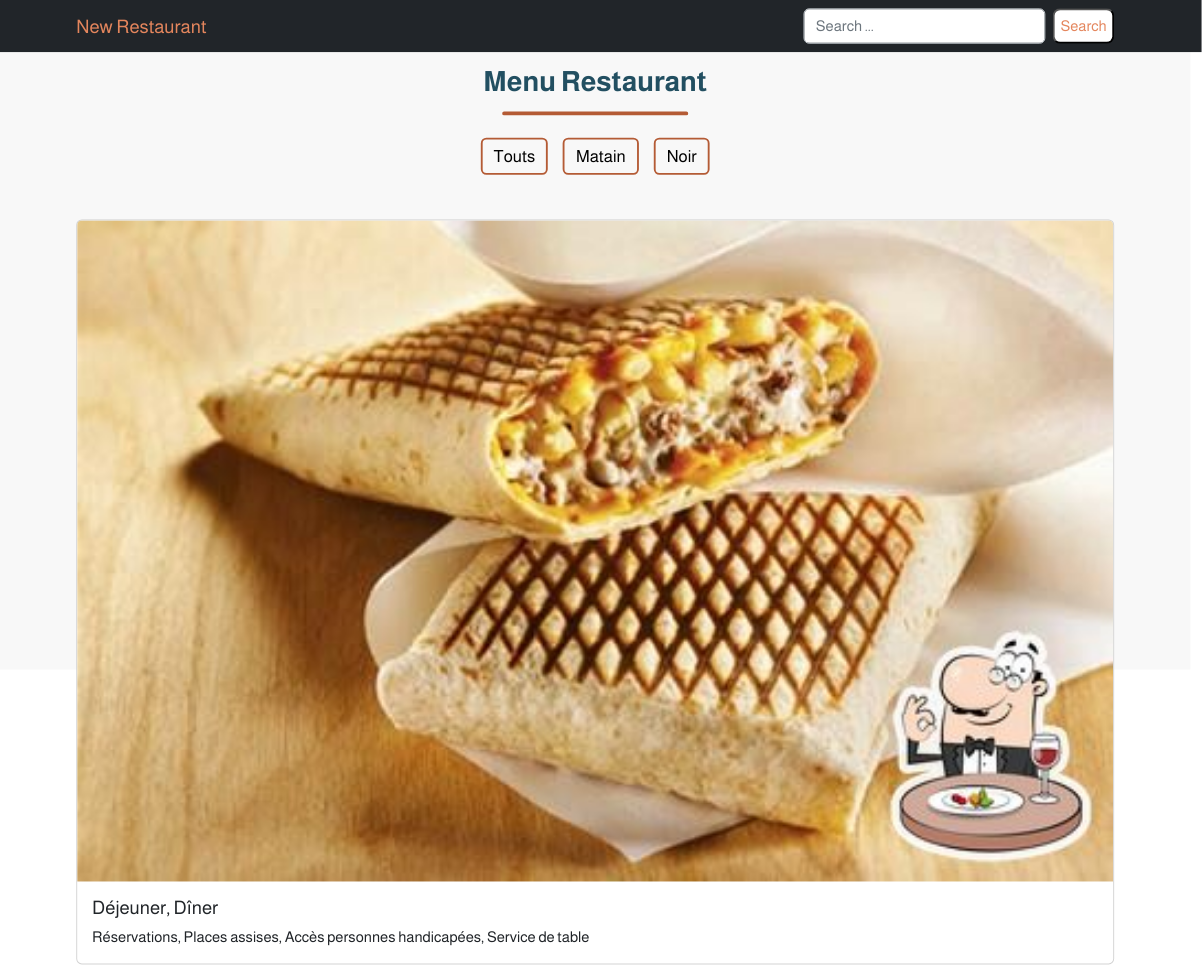
Repository: SD-Mdouka/react-table
Page: /
These files come from the project's save history. The page is drawn as it stood at one moment and after the next save; the edit follows.
The browser window is 1280 px wide. The page is 1292 px wide, so the pictures cover 1292 px, including what lies to the right of the window. The pictures show the whole page, at 93% of full size.
The project was rebuilt for these pictures with package versions that can differ from the ones it lists, and the page was loaded fresh each time.

Above is the page before, as saved 2022-10-06 17:20:38.

### public/index.html
<!DOCTYPE html>
<html lang="en">

<head>
    <meta charset="utf-8" />
    <link rel="icon" href="%PUBLIC_URL%/favicon.ico" />
    <meta name="viewport" content="width=device-width, initial-scale=1" />
    <meta name="theme-color" content="#000000" />
    <meta name="description" content="Web site created using create-react-app" />
    <link rel="apple-touch-icon" href="%PUBLIC_URL%/logo192.png" />
    <!--
      manifest.json provides metadata used when your web app is installed on a
      user's mobile device or desktop. See https://developers.google.com/web/fundamentals/web-app-manifest/
    -->
    <link rel="manifest" href="%PUBLIC_URL%/manifest.json" />
    <link rel="preconnect" href="https://fonts.googleapis.com" />
    <link rel="preconnect" href="https://fonts.gstatic.com" crossorigin />
    <link href="https://fonts.googleapis.com/css2?family=Almarai:wght@300;400;700;800&family=Cairo:wght@300&display=swap" rel="stylesheet" />

    <link rel="stylesheet" href="https://cdn.jsdelivr.net/npm/bootstrap@5.2.0-beta1/dist/css/bootstrap.min.css" integrity="sha384-0evHe/X+R7YkIZDRvuzKMRqM+OrBnVFBL6DOitfPri4tjfHxaWutUpFmBp4vmVor" crossorigin="anonymous" />
    <title>React App</title>
</head>

<body>
    <noscript>You need to enable JavaScript to run this app.</noscript>
    <div id="root"></div>
    <!--
      This HTML file is a template.
      If you open it directly in the browser, you will see an empty page.

      You can add webfonts, meta tags, or analytics to this file.
      The build step will place the bundled scripts into the <body> tag.

      To begin the development, run `npm start` or `yarn start`.
      To create a production bundle, use `npm run build` or `yarn build`.
    -->
</body>

</html>

### src/App.tsx
import React from "react";
import { Container } from "react-bootstrap";
import "./App.css";
import NavBar from "./components/Navbar";
import Header from "./components/Header";
import Category from "./components/Category";
import ItemsList from "./components/ItemsList";

const App = () => {
  return (
    <div className="color-body font">
      <NavBar />
      <Container>
        <Header />
        <Category />
        <ItemsList />
      </Container>
    </div>
  );
};

export default App;

### src/App.css
.color-body {
    background-color: #f8f8f8;
    height: 100vh;
}

.font {
    font-family: "Almarai", sans-serif;
}

.title {
    color: #224f61;
    font-family: Almarai;
    font-size: 30px;
    font-weight: bold;
    letter-spacing: 0;
    line-height: 64px;
}

.underline {
    height: 1px;
    width: 200px;
    border-radius: 10px;
    border: 2px solid #b45b35;
    background-color: #e4865d;
}

.btn {
    color: black !important;
    font-family: Almarai !important;
    font-size: 18px !important;
    letter-spacing: 0 !important;
    line-height: 24px !important;
    border: 2px solid #b45b35 !important;
}

.btn:hover {
    color: #fff !important;
    font-family: Almarai !important;
    font-size: 18px !important;
    font-weight: bold !important;
    letter-spacing: 0 !important;
    line-height: 24px !important;
    border-radius: 11px !important;
    border: none !important;
    background: #e4865d !important;
    -webkit-border-radius: 11px !important;
    -moz-border-radius: 11px !important;
    -ms-border-radius: 11px !important;
    -o-border-radius: 11px !important;
    transition: all 1s;
    -webkit-transition: all 1s;
    -moz-transition: all 1s;
    -ms-transition: all 1s;
    -o-transition: all 1s;
}

.img-item {
    height: 180px;
    width: 252px;
    border-radius: 5px;
}

.item-description {
    color: #8c8c8c;
    font-family: Almarai;
    font-size: 16px;
    letter-spacing: 0;
    line-height: 20px;
}

.item-title {
    color: #555555;
    font-family: Almarai;
    font-size: 16px;
    font-weight: bold;
    letter-spacing: 0;
    line-height: 20px;
}

.card-color {
    background-color: #f8f8f8;
}

.item-price {
    color: #e4865d;
    font-family: Almarai;
    font-size: 16px;
    font-weight: bold;
    letter-spacing: 0;
    line-height: 20px;
}

.btn-search {
    color: #e4865d;
    border-radius: 3px solid #e4865d;
    border-radius: 8px;
    background-color: white;
    -webkit-border-radius: 3px solid #e4865d;
    -moz-border-radius: 3px solid #e4865d;
    -ms-border-radius: 3px solid #e4865d;
    -o-border-radius: 3px solid #e4865d;
}

.btn-search:hover {
    color: white;
    border-radius: 3px solid white;
    background-color: #e4865d;
    border-radius: 8px;
    -webkit-border-radius: 3px solid white;
    -moz-border-radius: 3px solid white;
    -ms-border-radius: 3px solid white;
    -o-border-radius: 3px solid white;
}

.brand-color {
    color: #e4865d;
}

### src/components/Navbar.tsx
import { Container, Navbar, Row, Nav, Form } from "react-bootstrap";

const NavBar = () => {
  return (
    <Row>
      <Navbar bg="dark" variant="dark">
        <Container>
          <Navbar.Brand href="#">
            <div className="brand-color">New Restaurant</div>
          </Navbar.Brand>
          <Navbar.Toggle aria-controls="navbarScroll" />
          <Navbar.Collapse id="navbarScroll">
            <Nav
              className="me-auto my-2 my-lg-0"
              style={{ maxHeight: "100px" }}
              navbarScroll
            ></Nav>
            <Form className="d-flex">
              <Form.Control
                type="text"
                placeholder="Search ..."
                className="mx-2"
              />
              <button className="btn-search">Search</button>
            </Form>
          </Navbar.Collapse>
        </Container>
      </Navbar>
    </Row>
  );
};

export default NavBar;

### src/components/Header.tsx
import { Row, Col } from "react-bootstrap";

const Header = () => {
  return (
    <Row>
      <Col sm="12" className="justify-content-center text-center">
        <div className="title">Menu Restaurant</div>
        <div className="justify-content-center d-flex">
          <p className="underline"></p>
        </div>
      </Col>
    </Row>
  );
};

export default Header;

### src/components/Category.tsx
import { Row, Col } from "react-bootstrap";

const Category = () => {
  return (
    <Row className="my-2 mb-5">
      <Col sm="12" className="d-flex justify-content-center">
        <div>
          <button className="btn mx-2">Touts</button>
          <button className="btn mx-2">Matain</button>
          <button className="btn mx-2">Noir</button>
        </div>
      </Col>
    </Row>
  );
};

export default Category;

### src/components/ItemsList.tsx
import { Row, Col, Card } from "react-bootstrap";

const ItemsList = () => {
  return (
    <Row className="">
      <Col sm="12" className="mb-3">
        <Card>
          <Card.Img variant="top" src="ra68-TACOS-DE-LILLE-food.jpg" />
          <Card.Body>
            <Card.Title>Déjeuner, Dîner</Card.Title>
            <Card.Text>
              Réservations, Places assises, Accès personnes handicapées, Service
              de table
            </Card.Text>
          </Card.Body>
        </Card>
      </Col>
    </Row>
  );
};

export default ItemsList;

Loaded but not shown: src/index.tsx (common file); src/index.css (common file); src/reportWebVitals.ts (common file)

After the next save:
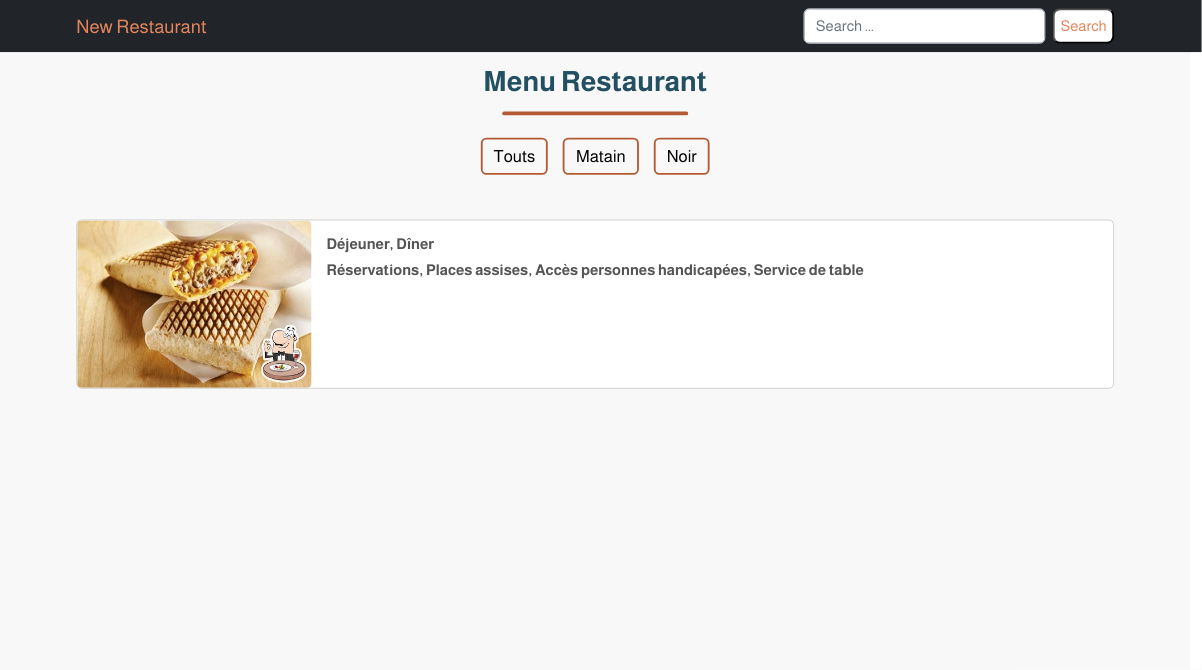
Saved 3 min 32 s later.
--- a/src/components/ItemsList.tsx
+++ b/src/components/ItemsList.tsx
@@ -4,13 +4,21 @@ const ItemsList = () => {
   return (
     <Row className="">
       <Col sm="12" className="mb-3">
-        <Card>
-          <Card.Img variant="top" src="ra68-TACOS-DE-LILLE-food.jpg" />
+        <Card className="d-flex flex-row">
+          <Card.Img
+            className="img-item"
+            variant="top"
+            src="ra68-TACOS-DE-LILLE-food.jpg"
+          />
           <Card.Body>
-            <Card.Title>Déjeuner, Dîner</Card.Title>
-            <Card.Text>
-              Réservations, Places assises, Accès personnes handicapées, Service
-              de table
+            <Card.Title>
+              <div className="item-title">Déjeuner, Dîner</div>
+            </Card.Title>
+            <Card.Text className="">
+              <div className="item-title">
+                Réservations, Places assises, Accès personnes handicapées,
+                Service de table
+              </div>
             </Card.Text>
           </Card.Body>
         </Card>
